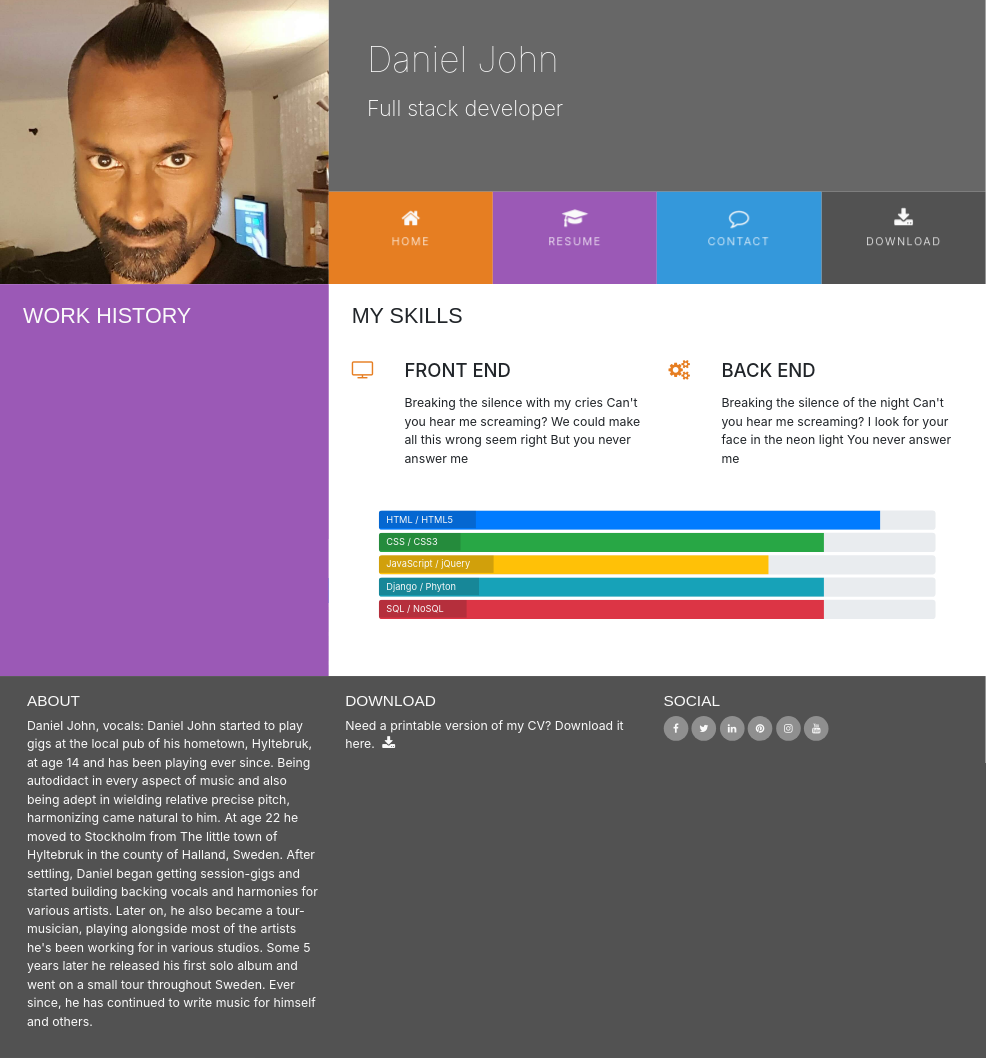
Repository: Jadehammar/initial-commit
Page: resume.html
The author's editor kept a record of every edit. The page is drawn from the files as they stood at one moment, then again after the next edit.
The browser window is 1280 px wide. The pictures show the whole page, at 77% of full size.

Above is the page before.

After the next edit:
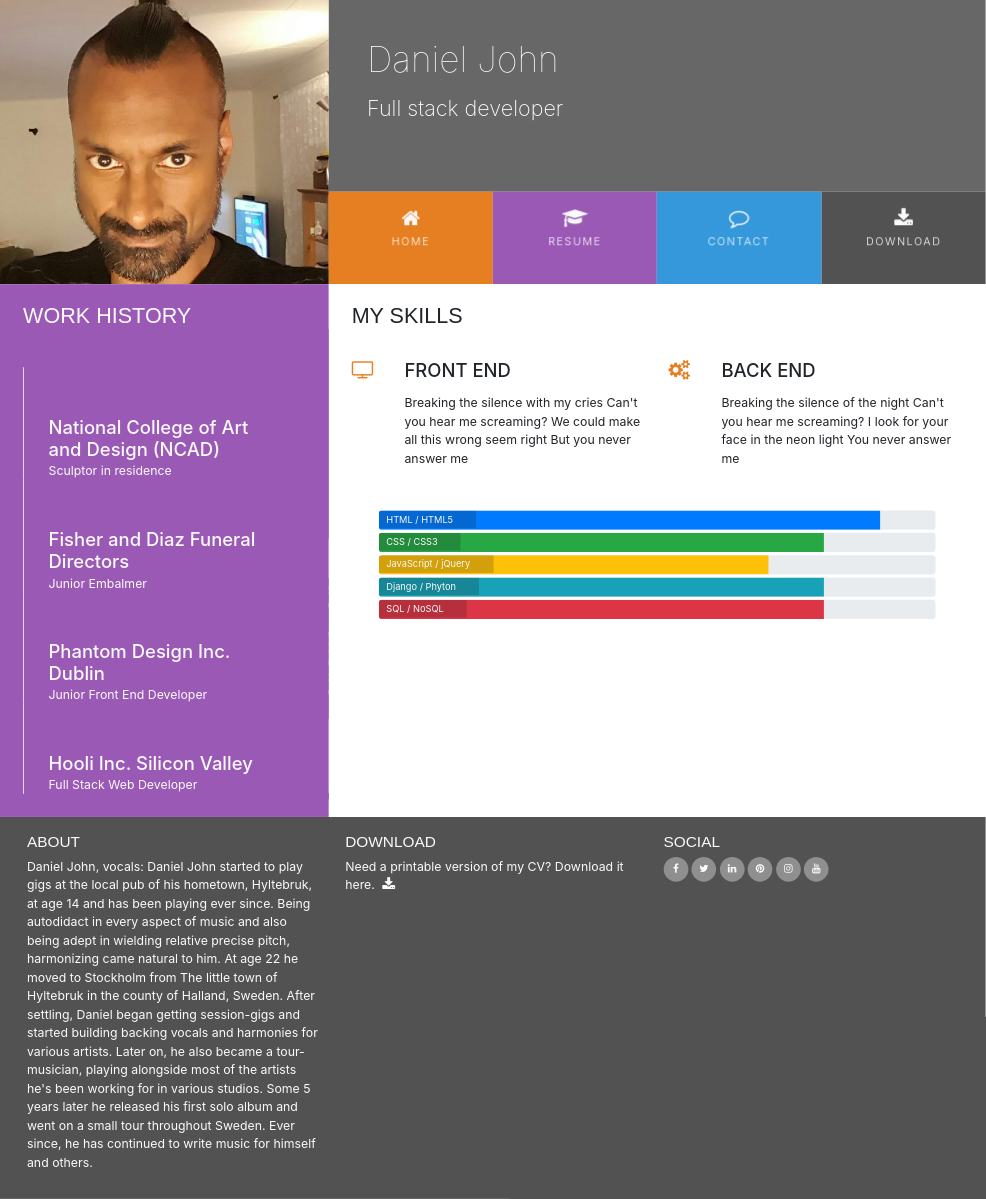
The edit:
--- a/resume.html
+++ b/resume.html
@@ -54,6 +54,22 @@
                         </h3>
                     </div>
                 </div>
+                <div class="timeline-item" data-dates="02/1998 - 04/2004">
+                    <h4>National College of Art and Design (NCAD)</h4>
+                    <p>Sculptor in residence</p>
+                </div>
+                <div class="timeline-item" data-dates="04/2004 - 06/2008">
+                        <h4>Fisher and Diaz Funeral Directors</h4>
+                        <p>Junior Embalmer</p>
+                    </div>
+                    <div class="timeline-item" data-dates="06/2008 - 06/2011">
+                        <h4>Phantom Design Inc. Dublin</h4>
+                        <p>Junior Front End Developer</p>
+                    </div>
+                    <div class="timeline-item" data-dates="06/2011 - Present">
+                        <h4>Hooli Inc. Silicon Valley</h4>
+                        <p>Full Stack Web Developer</p>
+                    </div>
             </div>
             <div class="col-md-8 bg-color-three-reasons section-column">
                 <div class="row">
